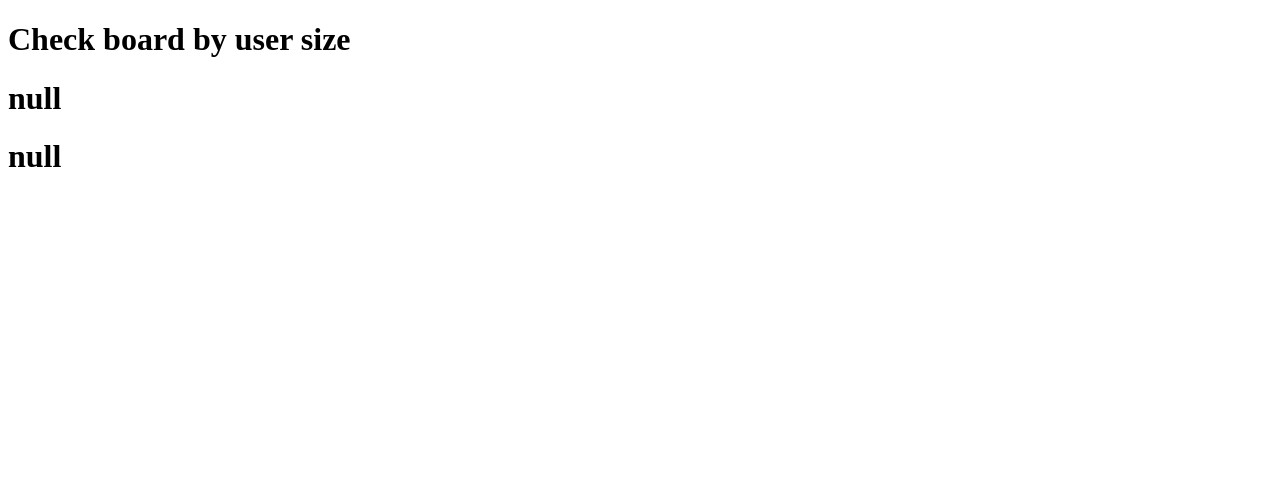
Repository: santsah11/javaStack
Page: http://localhost/checkerboard/checkerboard.jsp
The author's editor kept a copy of each file at every save. The page is drawn from the files as they stood at one save, then again after the next save.
The browser window is 1280 px wide. The pictures show the whole page.
The page is served by Tomcat 9.

Above is the page before, as saved 2018-11-30 21:46:02.

### javaOntheWeb/checkerboard/WebContent/checkerboard.jsp
<%@ page language="java" contentType="text/html; charset=ISO-8859-1"
	pageEncoding="ISO-8859-1"%>
<!DOCTYPE html>
<html>
<head>
<meta charset="ISO-8859-1">
<title>title of CheckBoard</title>
</head>

	<body>
	<h1>Check board by user size</h1>
	<!-- getting the value for the name parameter -->

    <% String ht = request.getParameter("height"); %>
    <% String wd = request.getParameter("width"); %>

    <!-- displaying the value -->
    <h1><%= ht %></h1>
    <h1><%= wd %></h1>
</body>


</html>

After the next save:
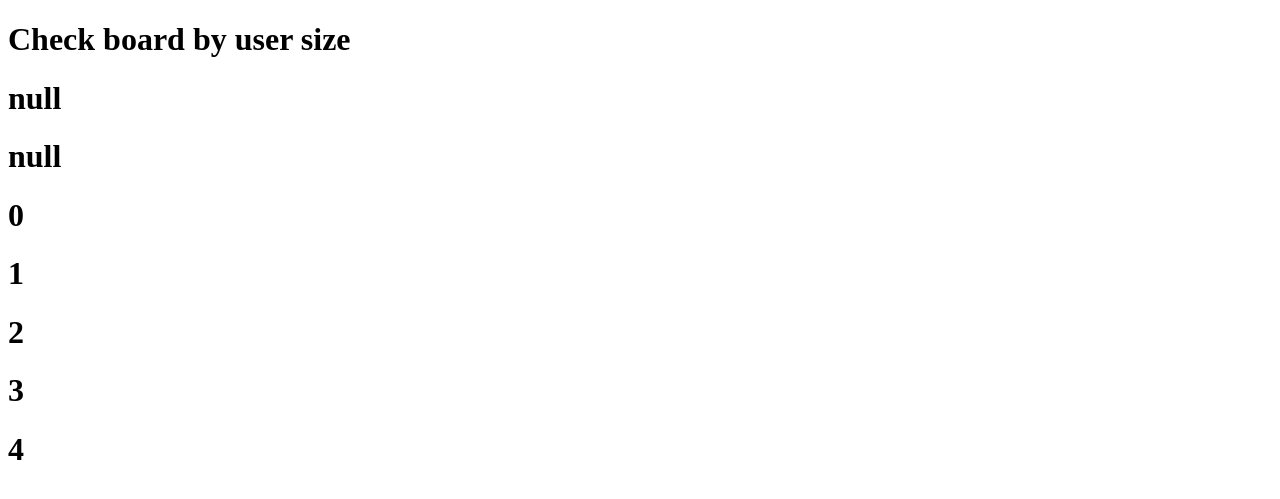
Saved 2 min 35 s later.
--- a/javaOntheWeb/checkerboard/WebContent/checkerboard.jsp
+++ b/javaOntheWeb/checkerboard/WebContent/checkerboard.jsp
@@ -20,4 +20,9 @@
 </body>
 
 
+
+	<% for(int i =0 ;i<5;i++) { %>
+		<h1><%=i %> </h1>
+		<% } %>
+
 </html>
